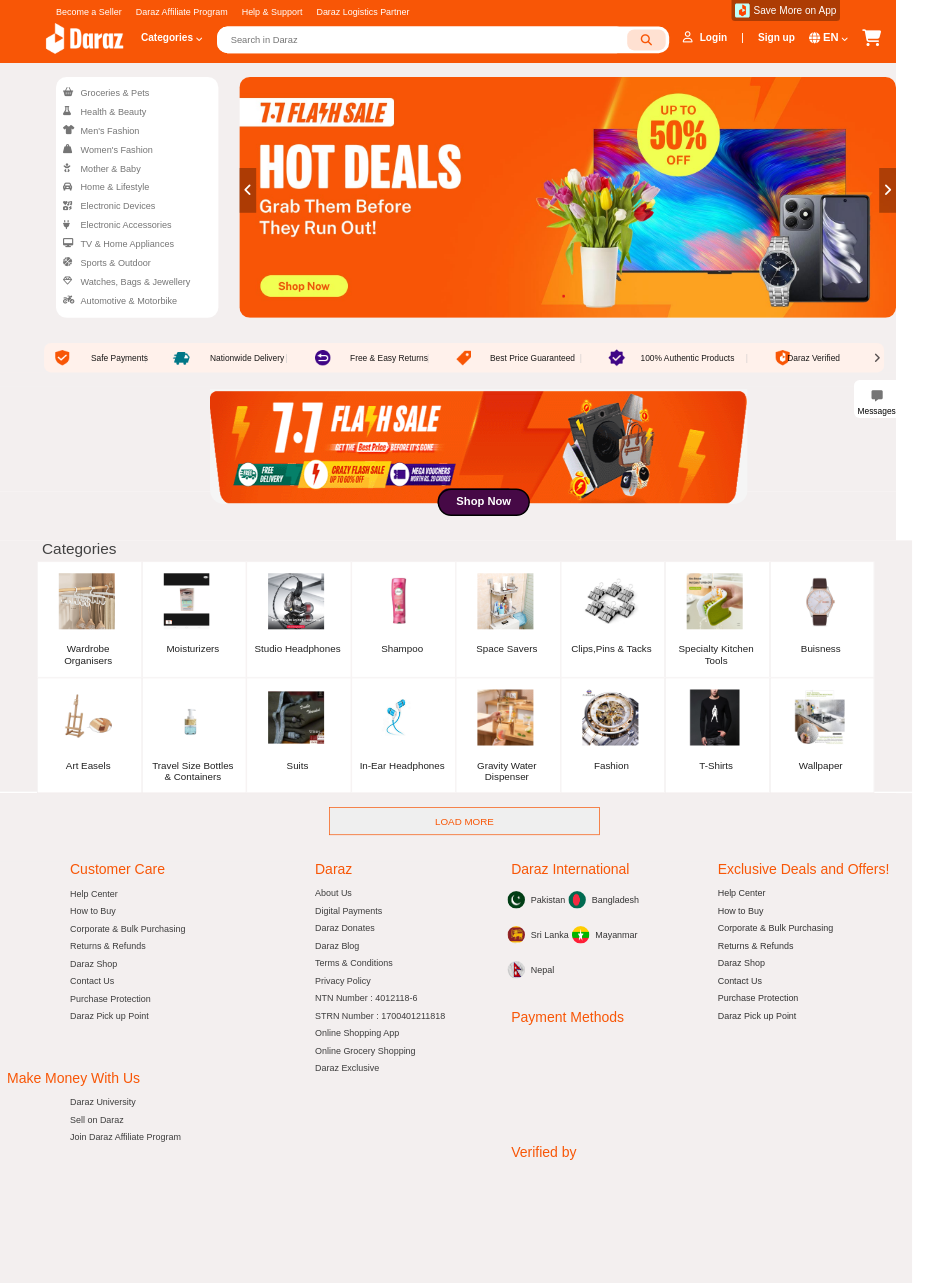
Repository: ubiadurrahman/Draz---Clone
Page: daraz.html
The author's editor kept a copy of each file at every save. The page is drawn from the files as they stood at one save, then again after the next save.
The browser window is 1280 px wide. The page is 1340 px wide, so the pictures cover 1340 px, including what lies to the right of the window. The pictures show the whole page, at 70% of full size.

Above is the page before, as saved 2024-07-11 23:42:54.

After the next save:
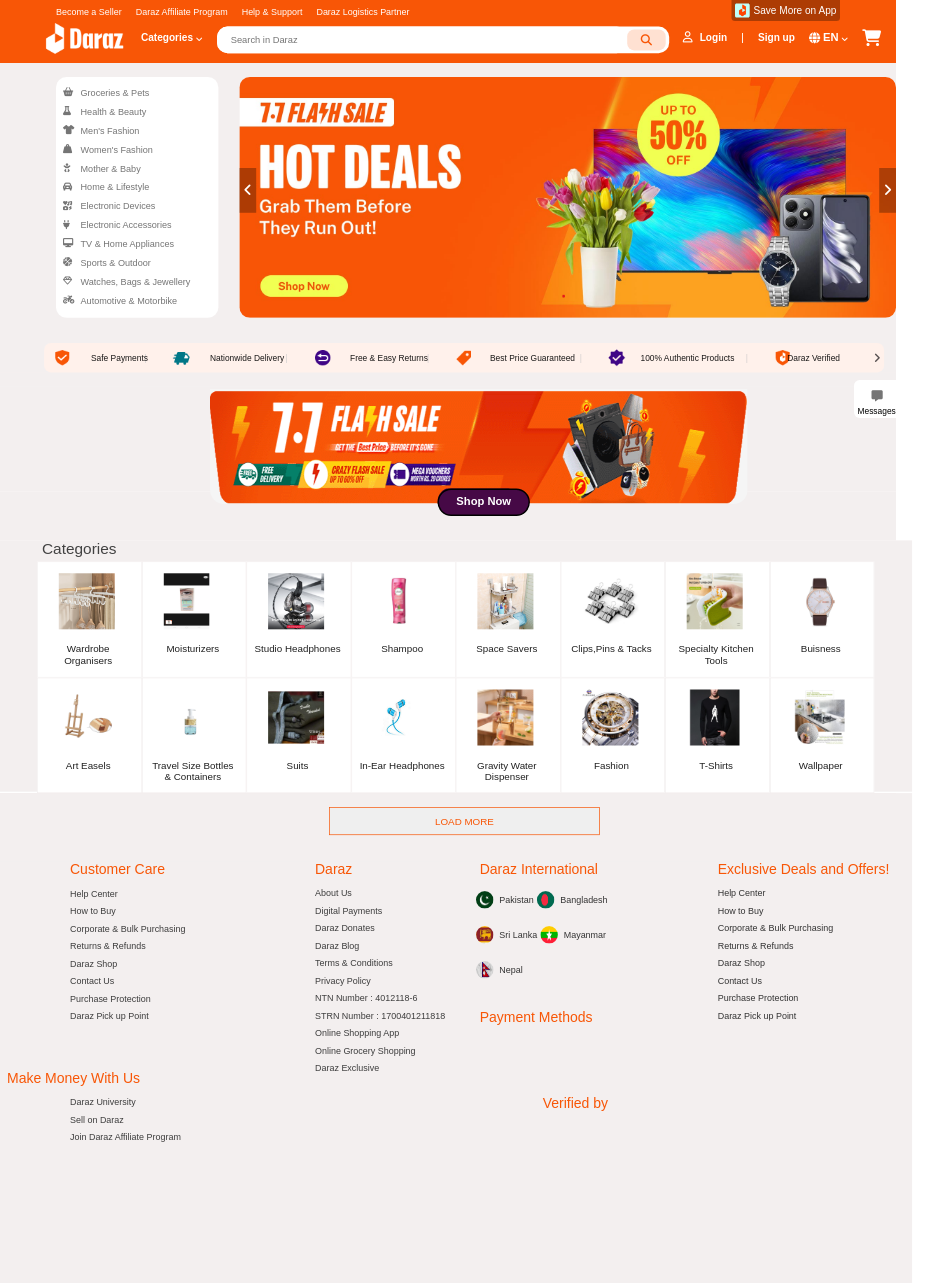
Saved 50 s later.
--- a/daraz.html
+++ b/daraz.html
@@ -412,7 +412,7 @@
                         <div class="p-methods">
 
                         </div>
-                        <h3 class="footer-h3 ft-h">Verified by</h3>
+                        <h3 class="footer-h3 ftt-h">Verified by</h3>
                     </ul>
                 </div>
                 <div class="deals">
